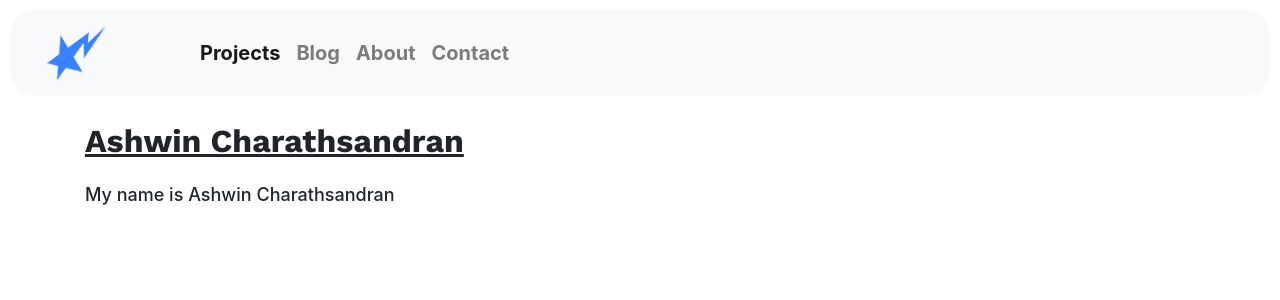
Repository: xxiz/ashwin.lol_flask
Page: http://localhost/
An editor plug-in stored every save of this project. The page is shown before and after the next save, followed by the edit.
The browser window is 1280 px wide. The pictures show the whole page.
The page is served by the project's application, run on Flask 3 (app.py).

Above is the page before, as saved 2021-08-29 20:16:37.

### templates/index.html
{% extends 'base.html'%}
{% block content %}
    <h1>Ashwin Charathsandran</h1>
    <h3 class="description">My name is Ashwin Charathsandran</h3>
{% endblock %}

### templates/base.html
<!DOCTYPE html>
<html lang="en">
<head>
    <meta charset="UTF-8">
    <meta http-equiv="X-UA-Compatible" content="IE=edge">
    <meta name="viewport" content="width=device-width, initial-scale=1.0">
    <meta name="viewport" content="width=device-width, initial-scale=1">
    <link rel="stylesheet" href="https://stackpath.bootstrapcdn.com/bootstrap/4.1.3/css/bootstrap.min.css" integrity="sha384-MCw98/SFnGE8fJT3GXwEOngsV7Zt27NXFoaoApmYm81iuXoPkFOJwJ8ERdknLPMO" crossorigin="anonymous">
    <link rel="stylesheet" href="static/app.css">
    <title>{{ title }}</title>
</head>
<body>
  <nav class="navbar navbar-expand-lg navbar-light bg-light one-em">
    <a class="navbar-brand" href="/"><img class="navbar-logo" src="/static/logo.png" alt="A"></a>
    <button class="navbar-toggler" type="button" data-toggle="collapse" data-target="#navbarNavAltMarkup" aria-controls="navbarNavAltMarkup" aria-expanded="false" aria-label="Toggle navigation">
      <span class="navbar-toggler-icon"></span>
    </button>
    <div class="collapse navbar-collapse" id="navbarNavAltMarkup">
      <div class="navbar-nav">
        <a class="nav-item nav-link active" href="/projects">Projects<span class="sr-only">(current)</span></a>
        <a class="nav-item nav-link" href="/blog">Blog</a>
        <a class="nav-item nav-link" href="/about">About</a>
        <a class="nav-item nav-link" href="/contact">Contact</a>
      </div>
    </div>
  </nav>
    <div class="container">
        {% block content %} {% endblock %}
    </div>
    <script src="https://code.jquery.com/jquery-3.3.1.slim.min.js" integrity="sha384-q8i/X+965DzO0rT7abK41JStQIAqVgRVzpbzo5smXKp4YfRvH+8abtTE1Pi6jizo" crossorigin="anonymous"></script>
    <script src="https://cdnjs.cloudflare.com/ajax/libs/popper.js/1.14.3/umd/popper.min.js" integrity="sha384-ZMP7rVo3mIykV+2+9J3UJ46jBk0WLaUAdn689aCwoqbBJiSnjAK/l8WvCWPIPm49" crossorigin="anonymous"></script>
    <script src="https://stackpath.bootstrapcdn.com/bootstrap/4.1.3/js/bootstrap.min.js" integrity="sha384-ChfqqxuZUCnJSK3+MXmPNIyE6ZbWh2IMqE241rYiqJxyMiZ6OW/JmZQ5stwEULTy" crossorigin="anonymous"></script>
</body>
</html>

### app.py
from flask import Flask, request
from web.content import index_page, projects_page
web = Flask(__name__)
web.config['SQLALCHEMY_TRACK_MODIFICATIONS'] = False

@web.route('/')
def index():
    return index_page()

@web.route('/projects')
def projects():
    return projects_page()

### web/content.py
from flask import render_template
import json

# Page Content
prefix = "Ashwin Charathsandran — "

# Meta Tags
preview_message = ""
preview_title = ""
preview_image = ""

with open('web/projects.json', 'r') as file:
    projects = json.load(file)

def index_page():
    return render_template('index.html',
    title = prefix + "Welcome!",
    preview_title = preview_title,
    preview_image = preview_image,
    preview_message = preview_message)

def projects_page():
    return render_template('projects.html',
    title = prefix + "Projects",
    items = projects,
    preview_title = preview_title,
    preview_image = preview_image,
    preview_message = preview_message)

### web/projects.json
[
        {
            "title": "Vernon",
            "description": "Quality-focused reboot composite",
            "image_url": "http://placeimg.com/640/480"
        },
        {
            "title": "Nolan",
            "description": "Multi-layered firmware",
            "image_url": "http://placeimg.com/640/480"
        },
        {
            "title": "Reyes",
            "description": "array national",
            "image_url": "http://placeimg.com/640/480"
        }
]

### static/app.css
@import url('https://fonts.googleapis.com/css2?family=Work+Sans:wght@400;700&display=swap');

:root {
    --blue: #4f90f7;
    --red: #d93434;
}

h1 {
    font-family: 'Work Sans', sans-serif;
    font-weight: 700;
    padding-bottom: 0.5em; padding-top: 0.5em;
    text-decoration: underline;
    font-size: 32px;
}

p {
    font-family: 'Work Sans', sans-serif;
    font-weight: 400;
}

a {
    color: var(--blue);
}

a:hover {
    animation: hover-effect 1s infinite linear;
}

.card {
    margin-bottom: 1.5em;
}

.description {
    padding-bottom: 0.5em;
    font-size: 18px;
}

nav {
    border-radius: 25px;
    margin-left: 2em; margin-right: 2em;
    margin-top: 10px;
    padding: 1em;
}

nav a {
    font-size: 20px;
    padding: 1em;
}

.navbar-logo {
    margin-right: 50px;
    width: 60px;
}

.nav-item {
    font-weight: 700;
}
.one-em {
    margin: 10px;
}


@keyframes hover-effect {
    0% {
        color: var(--blue);
    }
    50% {
        color: var(--red);

    }
    100% {
        color: var(--blue);
    }
}

After the next save:
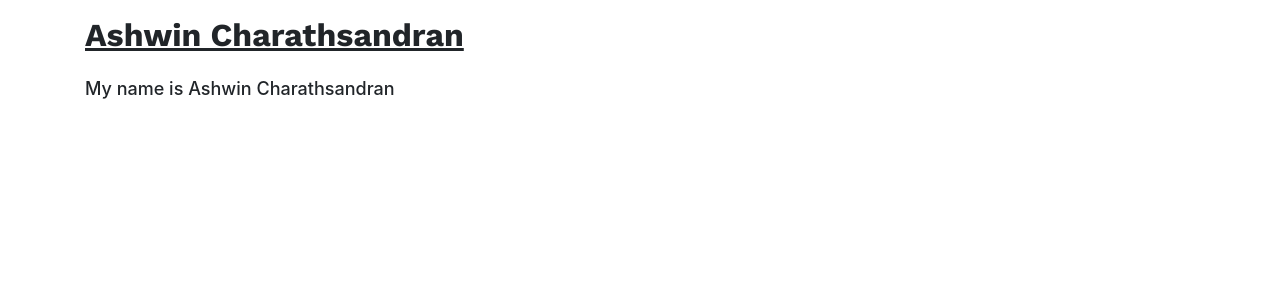
Saved 32 s later.
--- a/templates/base.html
+++ b/templates/base.html
@@ -10,20 +10,6 @@
     <title>{{ title }}</title>
 </head>
 <body>
-  <nav class="navbar navbar-expand-lg navbar-light bg-light one-em">
-    <a class="navbar-brand" href="/"><img class="navbar-logo" src="/static/logo.png" alt="A"></a>
-    <button class="navbar-toggler" type="button" data-toggle="collapse" data-target="#navbarNavAltMarkup" aria-controls="navbarNavAltMarkup" aria-expanded="false" aria-label="Toggle navigation">
-      <span class="navbar-toggler-icon"></span>
-    </button>
-    <div class="collapse navbar-collapse" id="navbarNavAltMarkup">
-      <div class="navbar-nav">
-        <a class="nav-item nav-link active" href="/projects">Projects<span class="sr-only">(current)</span></a>
-        <a class="nav-item nav-link" href="/blog">Blog</a>
-        <a class="nav-item nav-link" href="/about">About</a>
-        <a class="nav-item nav-link" href="/contact">Contact</a>
-      </div>
-    </div>
-  </nav>
     <div class="container">
         {% block content %} {% endblock %}
     </div>
